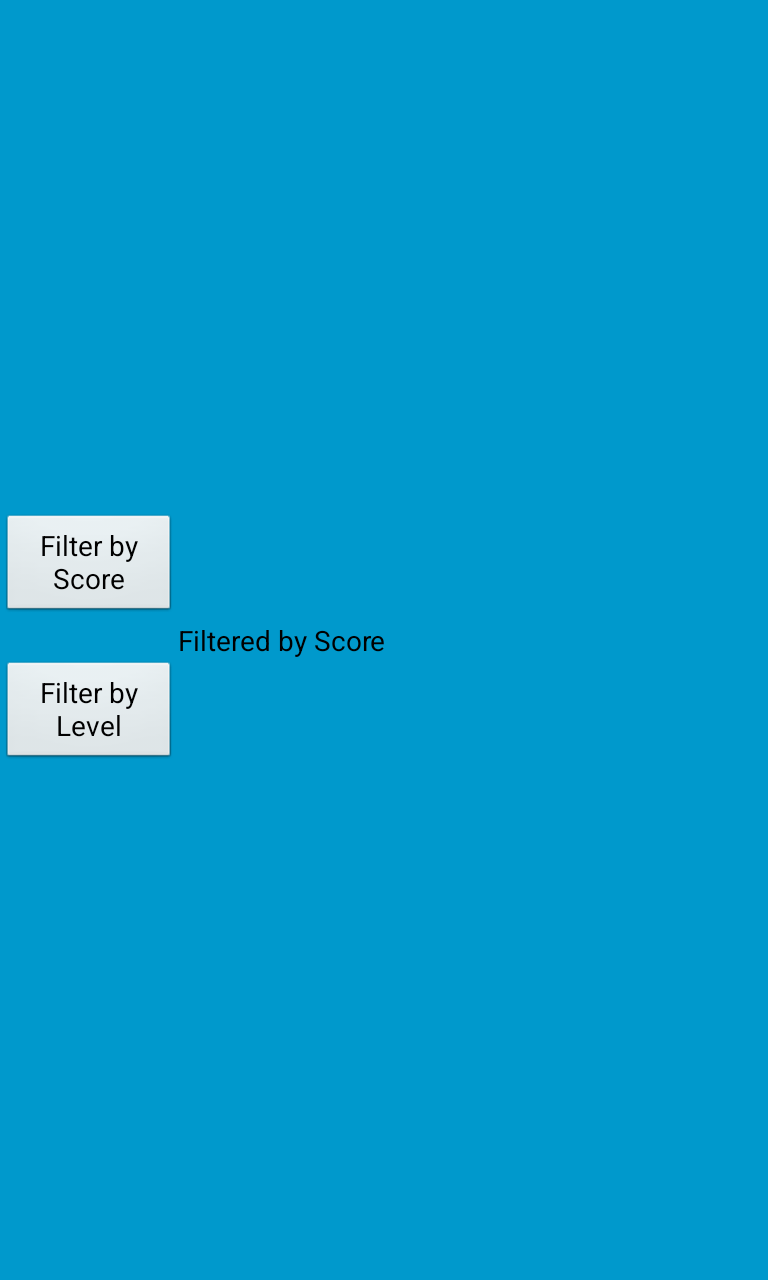
Repository: valleskeyp/IADHub
Layout: MGDGame-android/res/layout/main.xml
The author's editor kept a copy of each file at every save. The layout is drawn from the files as they stood at one save, then again after the next save.
It is drawn on a 768 x 1280 px phone screen (xhdpi) without system bars, with theme android:Theme.NoTitleBar.Fullscreen; the app's code is not run. Lists and similar views that code fills are empty.

Above is the layout before, as saved 2013-07-29 23:13:32.

After the next save:
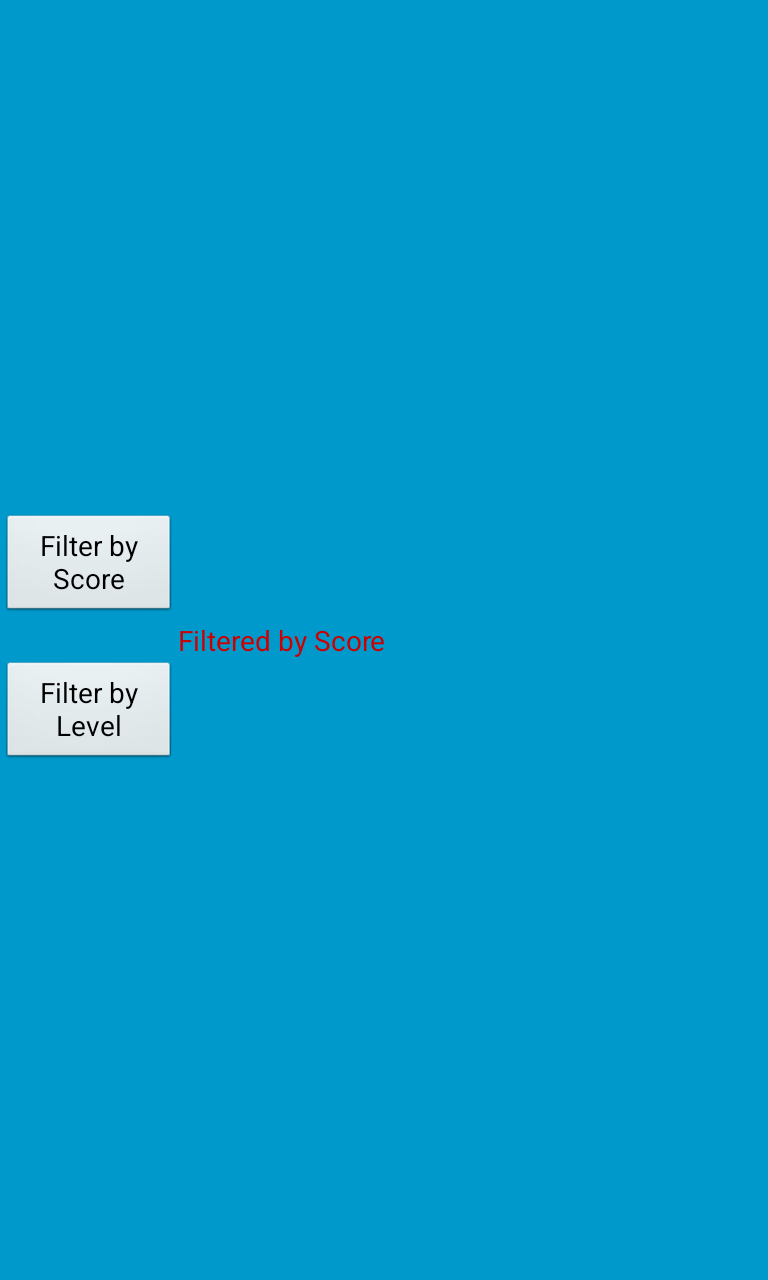
Saved 6 min 52 s later.
--- a/MGDGame-android/res/layout/main.xml
+++ b/MGDGame-android/res/layout/main.xml
@@ -36,7 +36,7 @@
 	        android:layout_width="match_parent"
 	        android:layout_height="wrap_content"
 	        android:text="Filtered by Score"
-	        android:textColor="@android:color/black" />
+	        android:textColor="@android:color/holo_red_dark" />
 
 	    <ListView
 	        android:id="@+id/list_scores"
